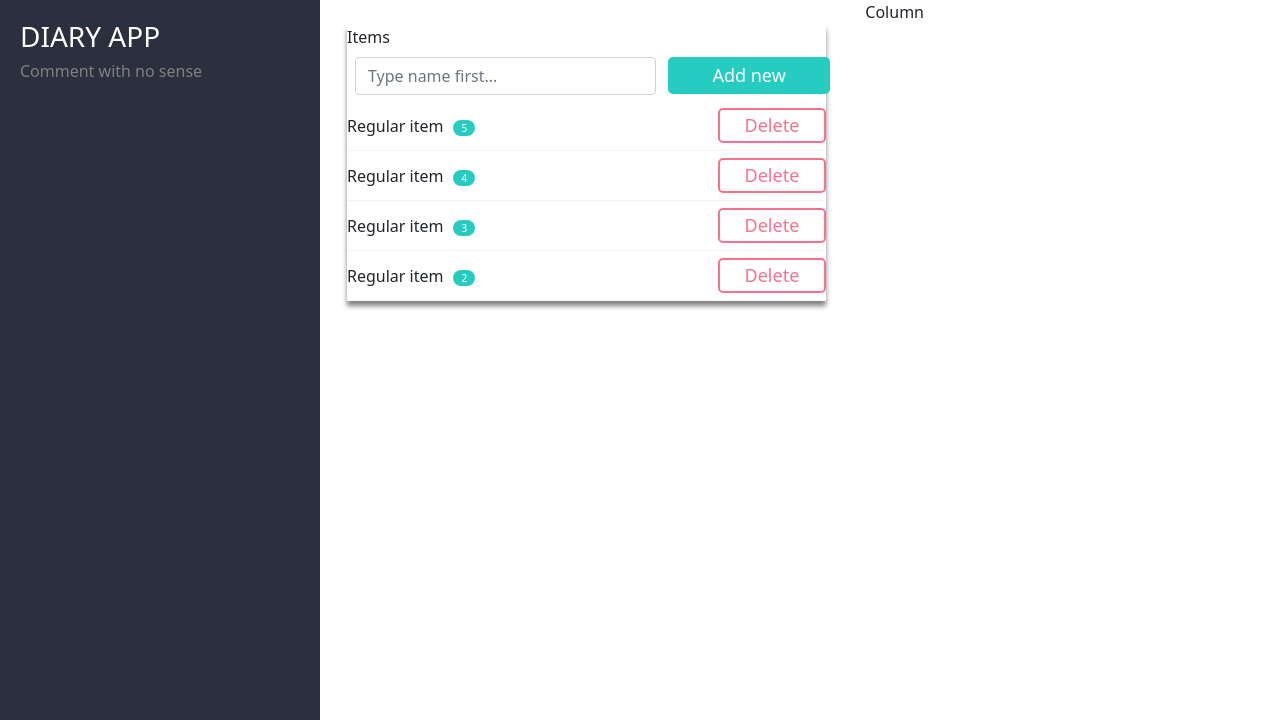
Repository: tsydikov/diary
Page: /
These files come from the project's save history. The page is drawn as it stood at one moment and after the next save; the edit follows.
The browser window is 1280 px wide. The pictures show the whole page.
The project was rebuilt for these pictures with package versions that can differ from the ones it lists, and the page was loaded fresh each time.

Above is the page before, as saved 2021-09-10 21:29:36.

After the next save:
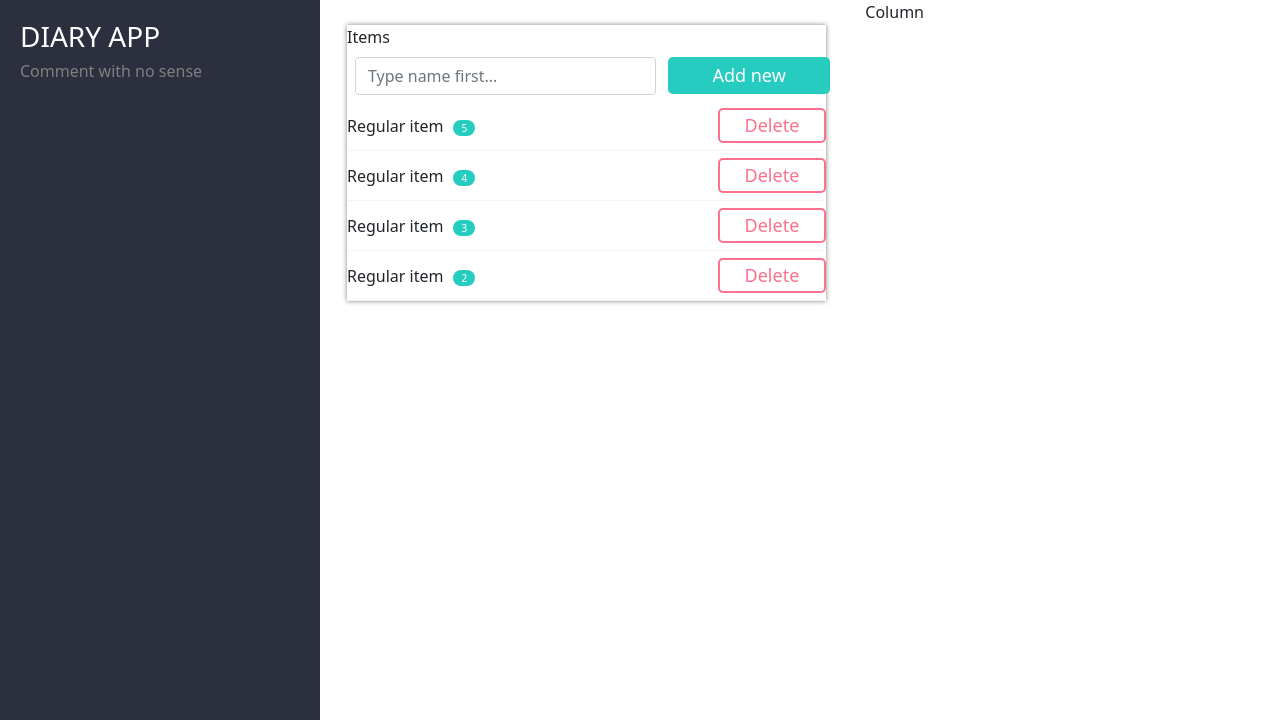
Saved 6 s later.
--- a/src/styles/App.css
+++ b/src/styles/App.css
@@ -33,7 +33,7 @@
 }
 
 .items_cotainer {
-    box-shadow: 0 5px 5px grey;
+    box-shadow: 0 0 5px grey;
     margin: 15px;
     margin-top: 25px;
 }

After the 3 saves that followed:
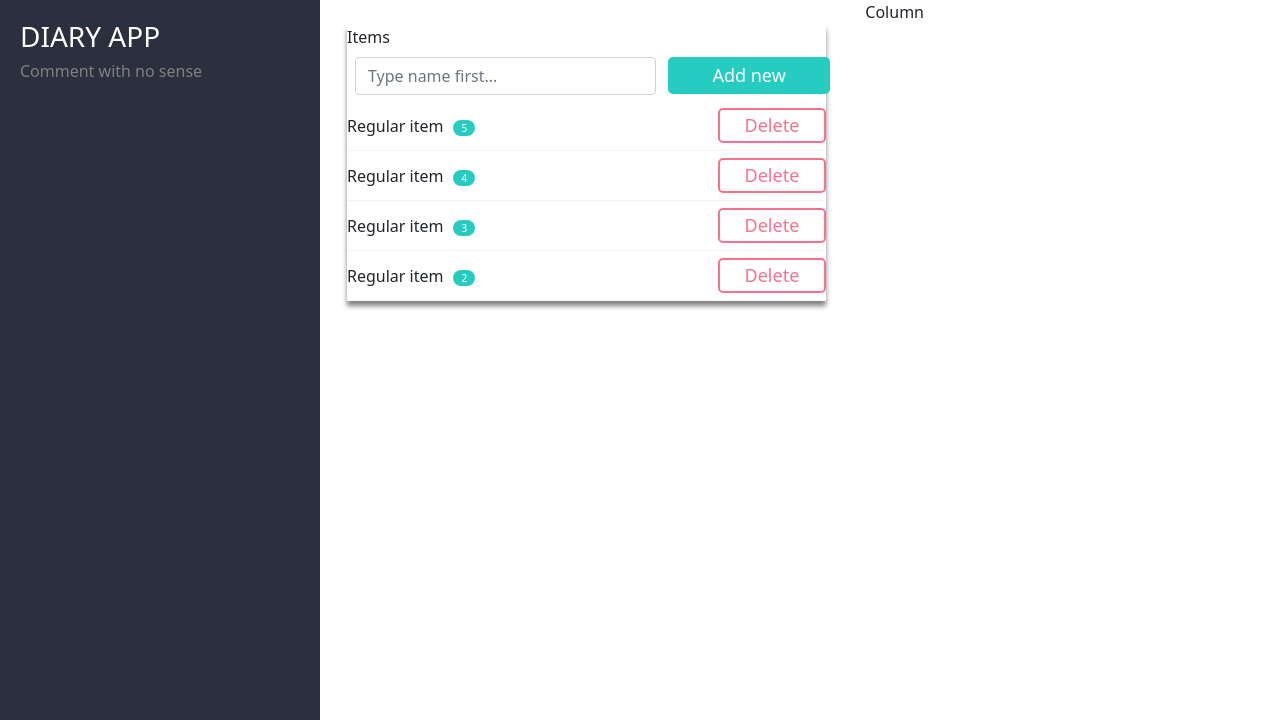
The 3 saves are shown as one change because 1 left the picture as it was and some came seconds apart.
The last was saved 12 s later.
--- a/src/styles/App.css
+++ b/src/styles/App.css
@@ -33,7 +33,7 @@
 }
 
 .items_cotainer {
-    box-shadow: 0 0 5px grey;
+    box-shadow: 0 5px 5px grey;
     margin: 15px;
     margin-top: 25px;
 }
